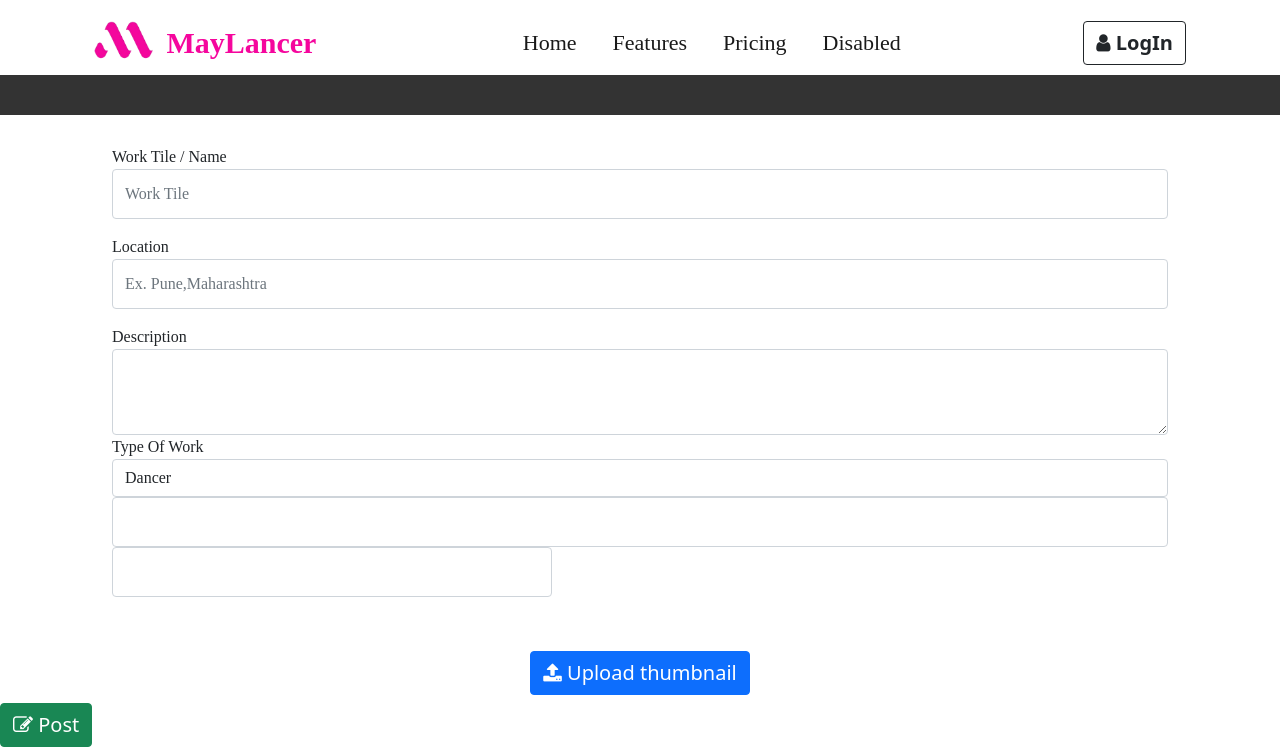
Repository: prathmesh2023/maylancers
Page: http://localhost/post_job
The author's editor kept a copy of each file at every save. The page is drawn from the files as they stood at one save, then again after the next save.
The browser window is 1280 px wide. The pictures show the whole page.
Some web fonts or font styles are not loaded; a fallback is used. Some web libraries are served in a nearby version. The page is served by the project's application, run on Django 3.2 (manage.py). The page reads the database file committed with the project.

Above is the page before, as saved 2022-01-24 02:48:51.

After the next save:
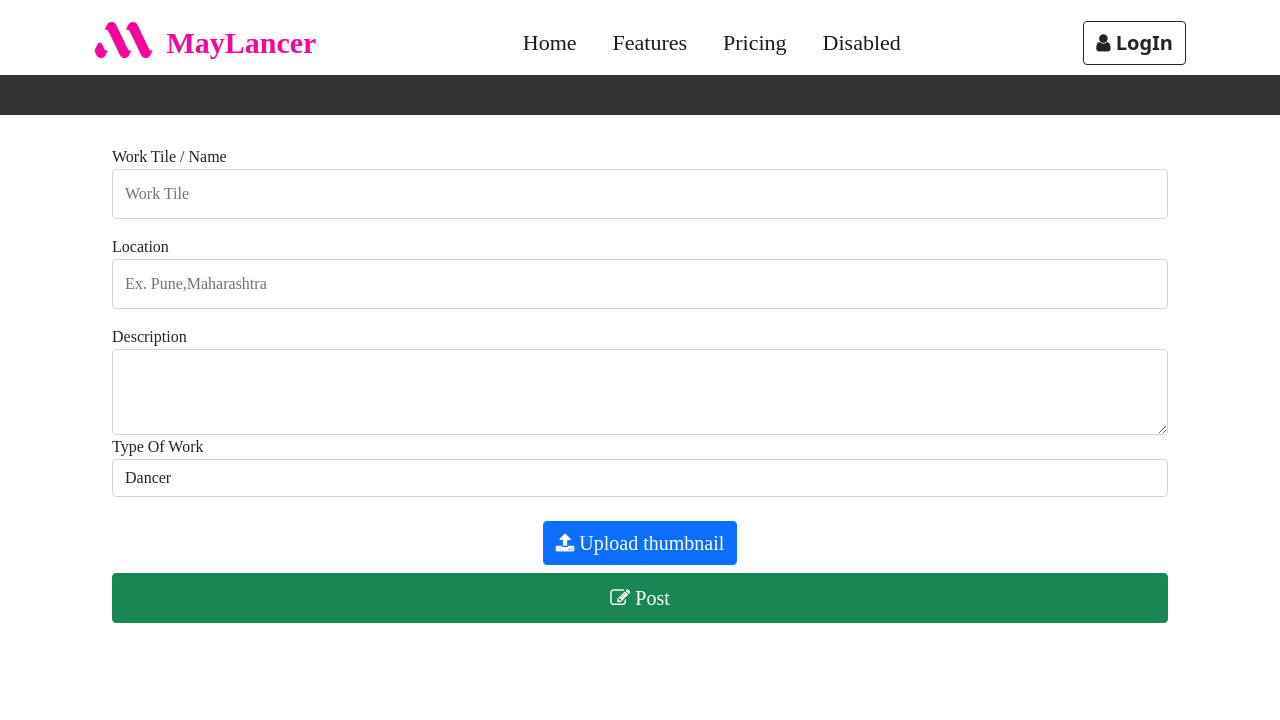
Saved 40 s later.
--- a/templates/postjob.html
+++ b/templates/postjob.html
@@ -30,19 +30,7 @@
 
           </div>
 
-          <div class="form-group">
-              <div class="row">
 
-              <div class="col-5">
-                  <input type="text" class="form-control">
-              </div>
-
-              <div class="col-5">
-                <input type="text" class="form-control">
-            </div>
-
-            </div>
-          </div>
 
 
             </select>

After the save that followed:
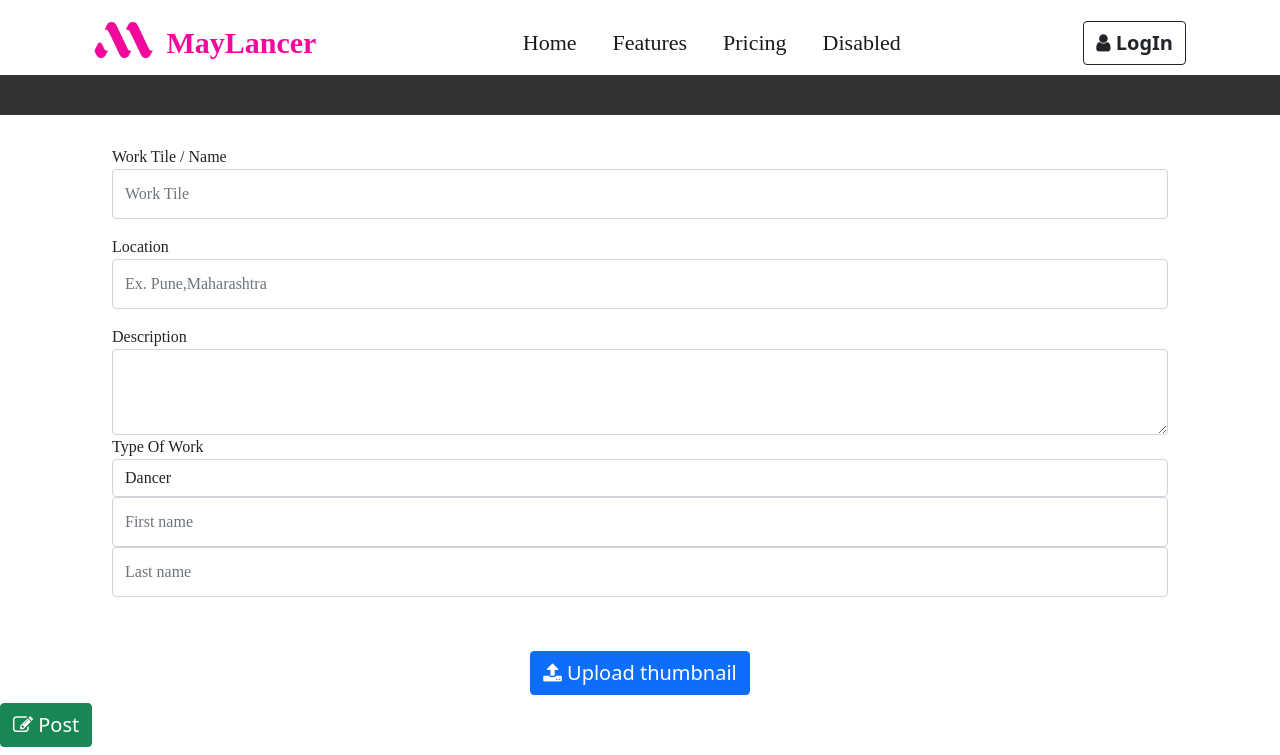
Saved 85 s later.
--- a/templates/postjob.html
+++ b/templates/postjob.html
@@ -30,7 +30,16 @@
 
           </div>
 
+<label for=""">Amout : </label>
 
+<div class="form-row">
+    <div class="col">
+      <input type="text" class="form-control" placeholder="First name">
+    </div>
+    <div class="col">
+      <input type="text" class="form-control" placeholder="Last name">
+    </div>
+  </div>
 
 
             </select>
